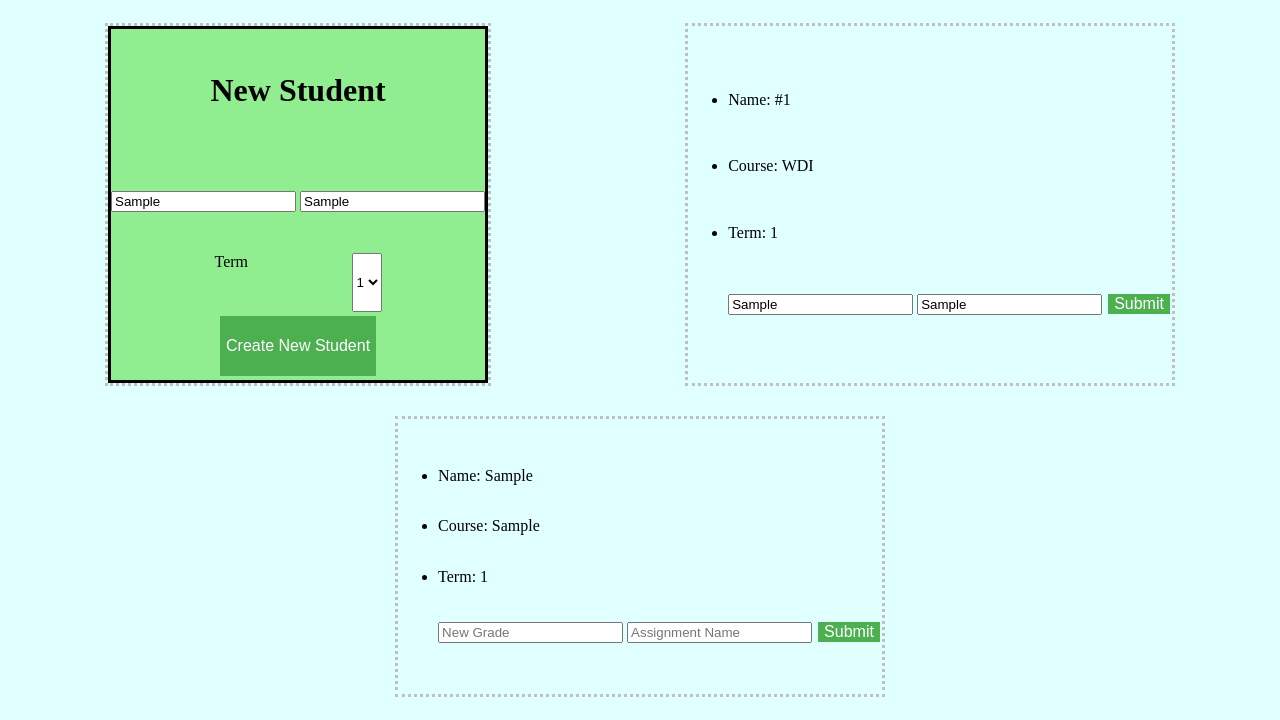
Repository: EdmontDantes/graderaide-fullstack-solution
Page: index.html
The author's editor kept a copy of each file at every save. The page is drawn from the files as they stood at one save, then again after a run of saves.
The browser window is 1280 px wide. The pictures show the whole page.
Empty fields were first filled with sample values (such as "Sample", 5 or name@example.com).
After loading, the first visible `button.new-student-button` was clicked once.

Above is the page before, as saved 2020-04-23 11:29:44.
Console error: ReferenceError: btnSubmitNewGradePlusAssigmentToCurrentStudentInternal is not defined

### index.html
<html lang="en">
  <head>
    <title>Graderaide</title>
    <meta charset="UTF-8">
    <meta name="viewport" content="width=device-width, initial-scale=1">
    <link rel="stylesheet" type="text/css" href="style-index.css">
  </head>

  <body>
    <section class="app">
      <section class="student-display" id="create-new-student-tile">

      <section class="new-student-input">
        <h1 id="text-h1-creation-section">New Student</h1>

        <div id="new-student-input-boxes">
          <input type="text" class="new-student-name" name="new-student-name" placeholder="Student Name">
          <input type="text" class="new-student-course" name="new-student-course" placeholder="Course">
        </div>

        <div id="new-student-input-options"
          <label for="new-student-term">Term</label>
          <select class="new-student-term" name="new-student-term">
            <option value="1">1</option>
            <option value="2">2</option>
            <option value="3">3</option>
          </select>
        </div>
        <section class="new-student-submit">
          <button type="submit" class="new-student-button">Create New Student</button>
        </section>
      </section>
    </section>

      <section class="student-display " id="student-1">
        <ul class="student-info">
          <li>Name: #1</li>
          <li>Course: WDI</li>
          <li>Term: 1</li>
          <!-- <li>
            <select class="course-selection">
              <option value="wdi">WDI</option>
            </select>
            <p>No grades yet.</p>
          </li> -->
            <!-- <section>
              <input type="text" name="new-course" class="new-course" placeholder="New Course">
              <button type="submit" class="submit-new-course">Submit</button>
            </section>
            <section>
              <input type="text" name="new-term" class="new-term" placeholder="New Term For Course">
              <button type="submit" class="submit-new-term">Submit</button>
            </section> -->
            <section class="add-grades-inputs-and-submit">
              <input type="text" name="new-grade" class="new-grade" placeholder="New Grade">
              <input type="text" name="new-grade-assignment" class="new-grade-assignment" placeholder="Assignment Name">
              <button type="submit" class="submit-new-grade-assignment">Submit</button>
            </section>

        </ul>
      </section>
      </section>
    </section>
  </body>
  <script src="main.js"></script>
</html>

### style-index.css
body {
    background-color: lightcyan;
    display: flex;
    flex-wrap: wrap;
    justify-content: center;
}

.app {
    display: flex;
    flex-direction: row;
    flex-wrap: wrap;
    justify-content: space-around;
}

#text-h1-creation-section {
    display: flex;
    flex-wrap: wrap;
    justify-content: center;
    font-size: 2em;
}

#new-student-input-options {
    display: flex;
    flex-wrap: wrap;
    flex-direction: row;
    justify-content: space-evenly;
}

.new-student-submit {
    display: flex;
    flex-wrap: wrap;
    justify-content: center;
}

.new-student-input {
    display: grid;

    background-color: lightgreen;
    border: 3px solid black;

}
button {
    background-color: #4CAF50;
    border: none;
    color: white;
    text-align: center;
    text-decoration: none;
    display: inline-block;
    font-size: 16px;
    margin: 4px 2px;
    cursor: pointer;
}

.student-display {
    display: flex;
    justify-content: space-around;
    border: 3px dotted #BFC0C0;
    margin: 15px;
}

.student-info {
    display: flex;
    flex-direction: column;
    justify-content: space-evenly;
}

a {
    background-color: white;
    color: black;
    border: 5px solid #4CAF50;
    padding: 10px 20px;
    text-align: center;
    text-decoration: none;
    display: inline-block;
    font-size: 16px;
    margin-left: 20px;
}

### main.js
/******************
 * YOUR CODE HERE *
 ******************/

const Grade = (assignment, score) => {
    return {
        assignment,
        score,
    }
}

const Term = () => {
    return {
    grades: [],

    addGrade: function(assignment, score) {
        const grade = Grade(assignment, score);
        this.grades.push(grade);
    },
    }
}

const Course = (name) => {
    return {
    name,
    terms: [Term()],

    addTerm: function() {
        const term = Term();
        this.terms.push(term);
    }
    }
}

const Student = (name, course, term = 1) => {
    return {
    name,
    course,
    term,
    courses: [Course(course)],
    grade: [],

    addGrade: function (grade, assignment) {
        this.grade.push([grade, assignment]);
    },

    addCourse: function(course) {
        this.courses.push(Course(course));
        this.course = course;
    },

    getAverage: function(courseToFind = this.course, termIndex = this.term - 1) {
        let foundCourse;
        for (const course of this.courses) {
        if (course.name === courseToFind) {
            foundCourse = course;
        }
        }

        const grades = foundCourse.terms[termIndex].grades;
        if (grades.length === 0) {
        return 'No grades yet.'
        }

        let sum = 0;
        for (const grade of grades) {
        sum += grade.score;
        }

        return sum / grades.length;
    },
    }
}

// const createNewStudentTileQuery = document.querySelector('#create-new-student-tile');
const newStudentNameQuery = document.querySelector('.new-student-name');
const newStudentCourseNameQuery = document.querySelector('.new-student-course');
const newStudentTermNumOptionQuery = document.querySelector('.new-student-term');
const btnNewStudentSubmitQuery = document.querySelector('.new-student-button');

const newStudentTile = function() {

    name = newStudentNameQuery.value;
    course = newStudentCourseNameQuery.value;
    termNum = newStudentTermNumOptionQuery.value;

    let newStudent = Student(name, course, termNum);
    console.log(newStudent);
    const studentDisplay = document.createElement('div');
    studentDisplay.className = 'student-display';
    let numId = document.querySelectorAll('.student-display')

    studentDisplay.id = `student-${numId.length}`;
    const studentInfo = document.createElement('ul');
    const nameItem = document.createElement('li');
    const courseItem = document.createElement('li');
    const termItem  = document.createElement('li');
    const addGradesSection = document.createElement('div');


    addGradesSection.className = `add-grades-inputs-and-submit`;
    addGradesSection.id = `student-${numId.length}`;
    addGradesSection.innerHTML = `
    <input type="text" name="new-grade" class="new-grade" id="${numId.length}" placeholder="New Grade">
    <input type="text" name="new-grade-assignment" class="new-grade-assignment" id="${numId.length}" placeholder="Assignment Name">
    <button type="submit" class="submit-new-grade-assignment" id="${numId.length}">Submit</button>`

    nameItem.innerText = `Name: ${newStudent.name}`;
    courseItem.innerText = `Course: ${newStudent.course}`;
    termItem.innerText = `Term: ${newStudent.term}`;


    studentInfo.classList.add('student-info');
    studentInfo.id = `${numId.length}`
    studentInfo.appendChild(nameItem);
    studentInfo.appendChild(courseItem);
    studentInfo.appendChild(termItem);
    studentInfo.appendChild(addGradesSection);
    studentDisplay.append(studentInfo);
    document.querySelector('.app').append(studentDisplay)


}

btnNewStudentSubmitQuery.addEventListener('click', newStudentTile);


const createFromInputGrades = function(event) {
    const id = event.target.id
    const newGradeQueryInternal = document.querySelector(`.new-grade #${id}`);
    const newGradeAssignmentInternal = document.querySelector('.new-grade-assignment');
    const btnSubmitNewGradePlusAssigmentToCurrentStudentInternal = document.querySelector('.submit-new-grade-assignment');
    grade = newGradeQueryInternal.value;
    assignment = newGradeAssignmentInternal.value;

    let newGradeAndAssignment = Grade(grade, assignment);

    const gradeDisplayItem = document.createElement('li');
    gradeDisplayItem.innerText = `${newGradeAndAssignment.assignment}: ${newGradeAndAssignment.score}`;
    studentInfo.appendChild(gradeDisplayItem);

}

btnSubmitNewGradePlusAssigmentToCurrentStudentInternal.addEventListener('click', createFromInputGrades);

After the next 2 saves:
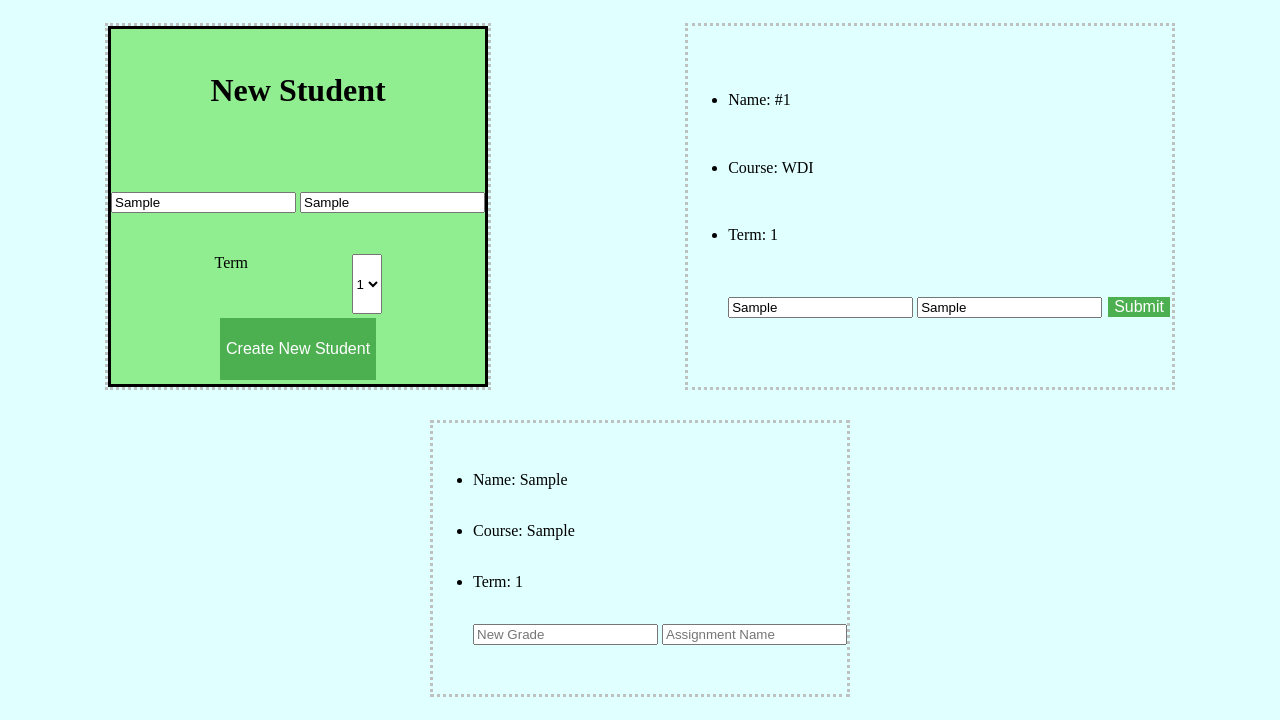
The 2 saves are shown as one change because they came seconds apart.
The last was saved 2 min 45 s later.
--- a/main.js
+++ b/main.js
@@ -102,8 +102,7 @@ const newStudentTile = function() {
     addGradesSection.id = `student-${numId.length}`;
     addGradesSection.innerHTML = `
     <input type="text" name="new-grade" class="new-grade" id="${numId.length}" placeholder="New Grade">
-    <input type="text" name="new-grade-assignment" class="new-grade-assignment" id="${numId.length}" placeholder="Assignment Name">
-    <button type="submit" class="submit-new-grade-assignment" id="${numId.length}">Submit</button>`
+    <input type="text" name="new-grade-assignment" class="new-grade-assignment" id="${numId.length}" placeholder="Assignment Name">`
 
     nameItem.innerText = `Name: ${newStudent.name}`;
     courseItem.innerText = `Course: ${newStudent.course}`;
